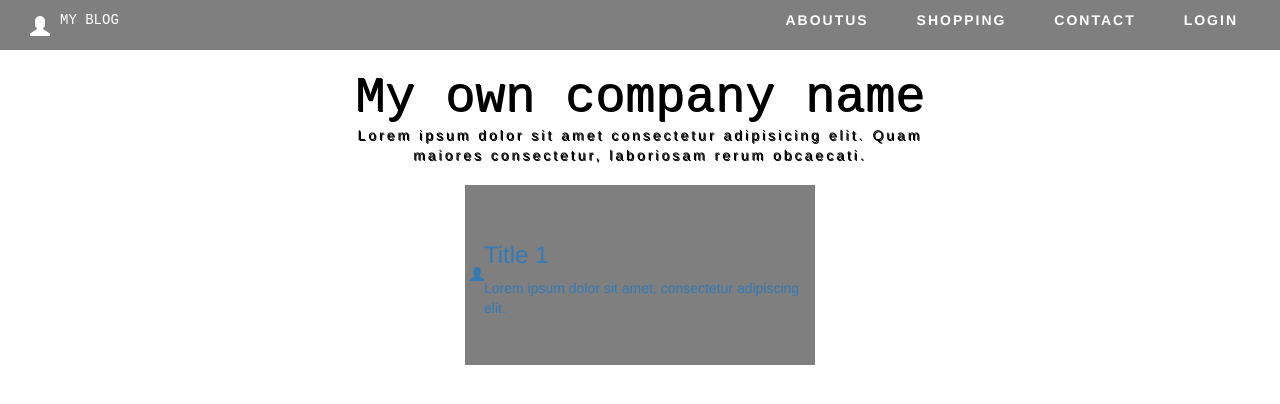
Repository: alikahwaji/HTML-CSS
Page: index.html
The author's editor kept a copy of each file at every save. The page is drawn from the files as they stood at one save, then again after the next save.
The browser window is 1280 px wide. The pictures show the whole page.

Above is the page before, as saved 2019-10-07 15:21:22.

After the next save:
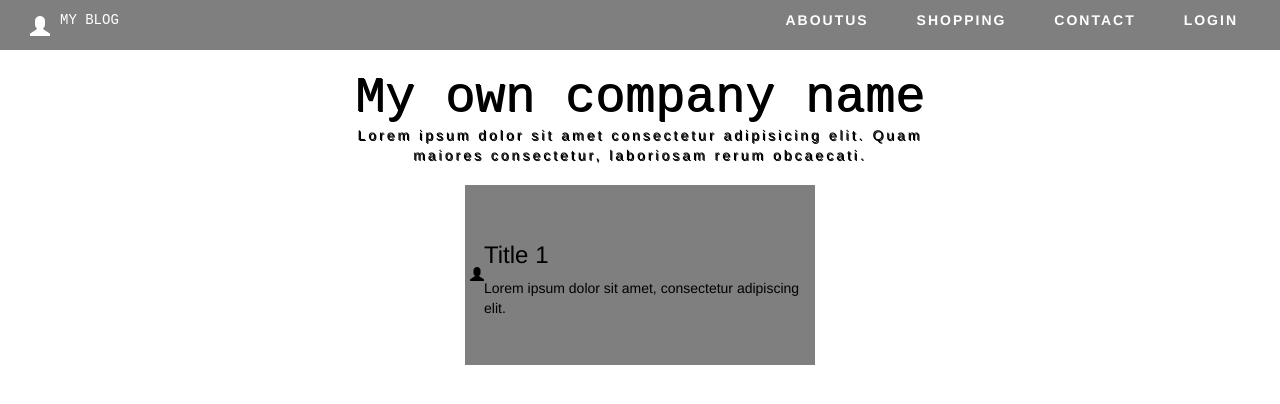
Saved 113 s later.
--- a/style.css
+++ b/style.css
@@ -87,6 +87,10 @@ nav li a:hover{
 
 .box:hover {
   background: rgba(255, 255, 255, .7);
-  transform: translateY(-20%)
+  transform: translateY(-20%);
+}
 
+.box a {
+  text-decoration: none;
+  color: black;
 }
